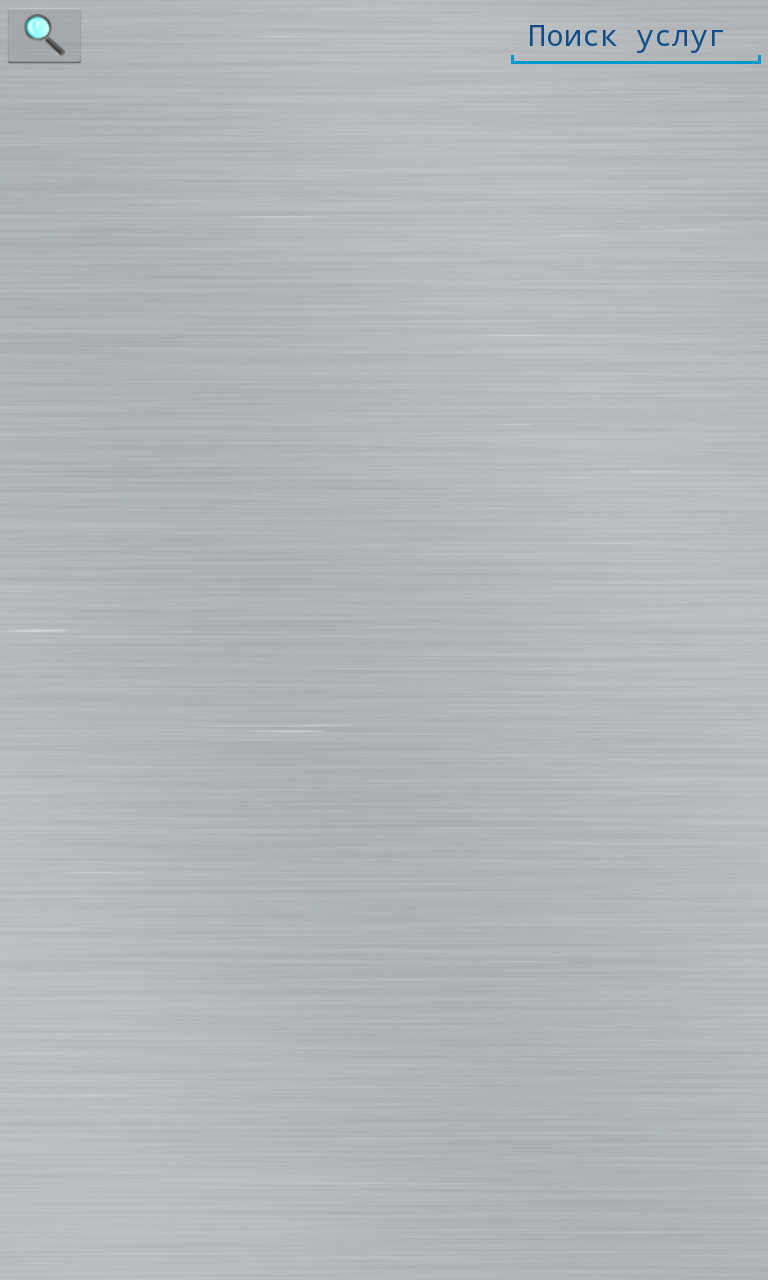
Repository: complexityclass/GosClient
Layout: Client/res/layout/listview_searchbar_layout.xml
The author's editor kept a copy of each file at every save. The layout is drawn from the files as they stood at one save, then again after the next save.
It is drawn on a 768 x 1280 px phone screen (xhdpi) without system bars, with theme AppTheme; the app's code is not run. Lists and similar views that code fills are empty.

Above is the layout before, as saved 2013-05-23 06:35:07.

### Client/res/layout/listview_searchbar_layout.xml
<?xml version="1.0" encoding="utf-8"?>
<RelativeLayout xmlns:android="http://schemas.android.com/apk/res/android"
    android:layout_width="fill_parent"
    android:layout_height="fill_parent"
    android:background="@drawable/back">

    <EditText
        android:id="@+id/editText1"
        android:layout_width="132dp"
        android:layout_height="wrap_content"
        android:layout_alignParentRight="true"
        android:layout_alignParentTop="true"
        android:layout_toRightOf="@+id/imageButton1"
        android:cursorVisible="false"
        android:ems="10"
        android:singleLine="true"
        android:text="Поиск услуг"
        android:textColor="#104E8B"
        android:textSize="15sp"
        android:typeface="monospace" >

        <requestFocus />
    </EditText>

    <ListView
        android:id="@+id/listView1"
        android:layout_width="fill_parent"
        android:layout_height="wrap_content"
        android:layout_alignParentLeft="true"
        android:layout_below="@+id/editText1" >
    </ListView>

    <ImageButton
        android:id="@+id/ImageButton01"
        android:layout_width="wrap_content"
        android:layout_height="wrap_content"
        android:layout_above="@+id/listView1"
        android:layout_alignParentLeft="true"
        android:layout_alignParentTop="true"
        android:src="@drawable/magnifier" />



</RelativeLayout>

Loaded but not shown: Client/res/values-v11/styles.xml (common file); Client/res/values-v14/styles.xml (common file); Client/res/values/styles.xml (common file)

After the next save:
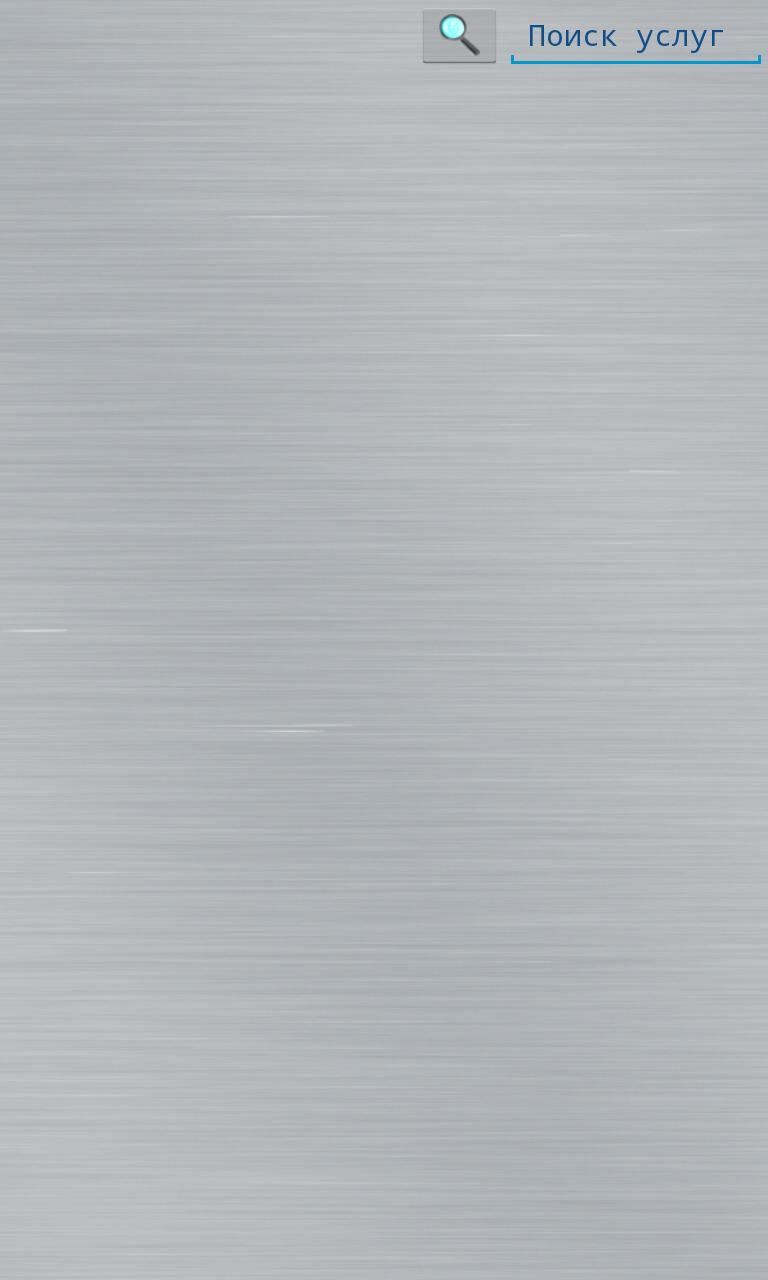
Saved 50 s later.
--- a/Client/res/layout/listview_searchbar_layout.xml
+++ b/Client/res/layout/listview_searchbar_layout.xml
@@ -1,5 +1,4 @@
-<?xml version="1.0" encoding="utf-8"?>
-<RelativeLayout xmlns:android="http://schemas.android.com/apk/res/android"
+<?xml version="1.0" encoding="utf-8"?><RelativeLayout xmlns:android="http://schemas.android.com/apk/res/android"
     android:layout_width="fill_parent"
     android:layout_height="fill_parent"
     android:background="@drawable/back">
@@ -35,8 +34,7 @@
         android:layout_width="wrap_content"
         android:layout_height="wrap_content"
         android:layout_above="@+id/listView1"
-        android:layout_alignParentLeft="true"
-        android:layout_alignParentTop="true"
+        android:layout_toLeftOf="@+id/editText1"
         android:src="@drawable/magnifier" />
 
 
